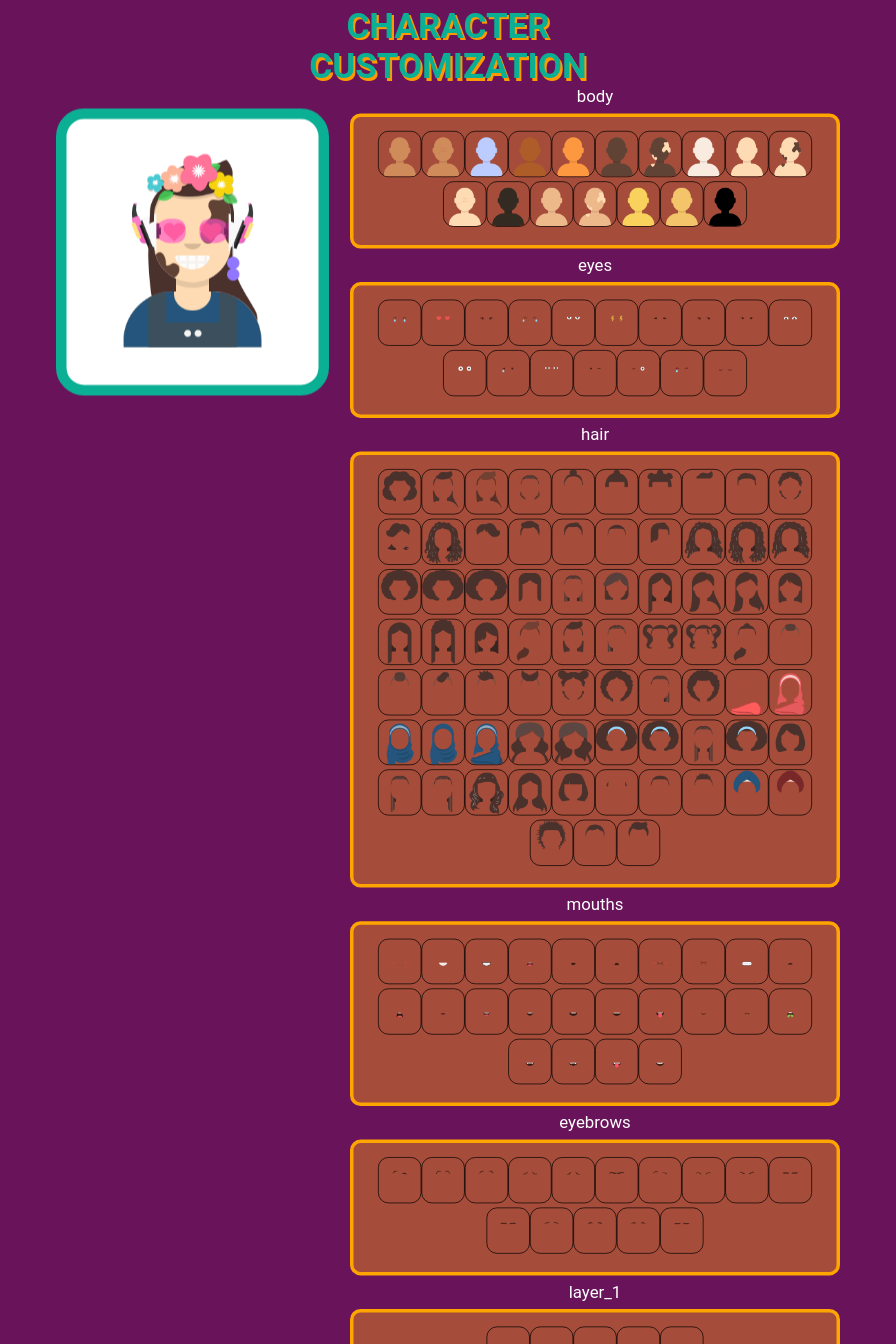
Repository: Kamaric112/react_clothing
Page: /
An editor plug-in stored every save of this project. The page is shown before and after a run of saves, followed by the edit.
The browser window is 1280 px wide. The pictures show the part of the page from y = 0 to 1920 px (the page is 3287 px tall), at 70% of full size.
The project was rebuilt for these pictures with package versions that can differ from the ones it lists, and the page was loaded fresh each time.

Above is the page before, as saved 2022-08-29 20:19:21.

After the next 2 saves:
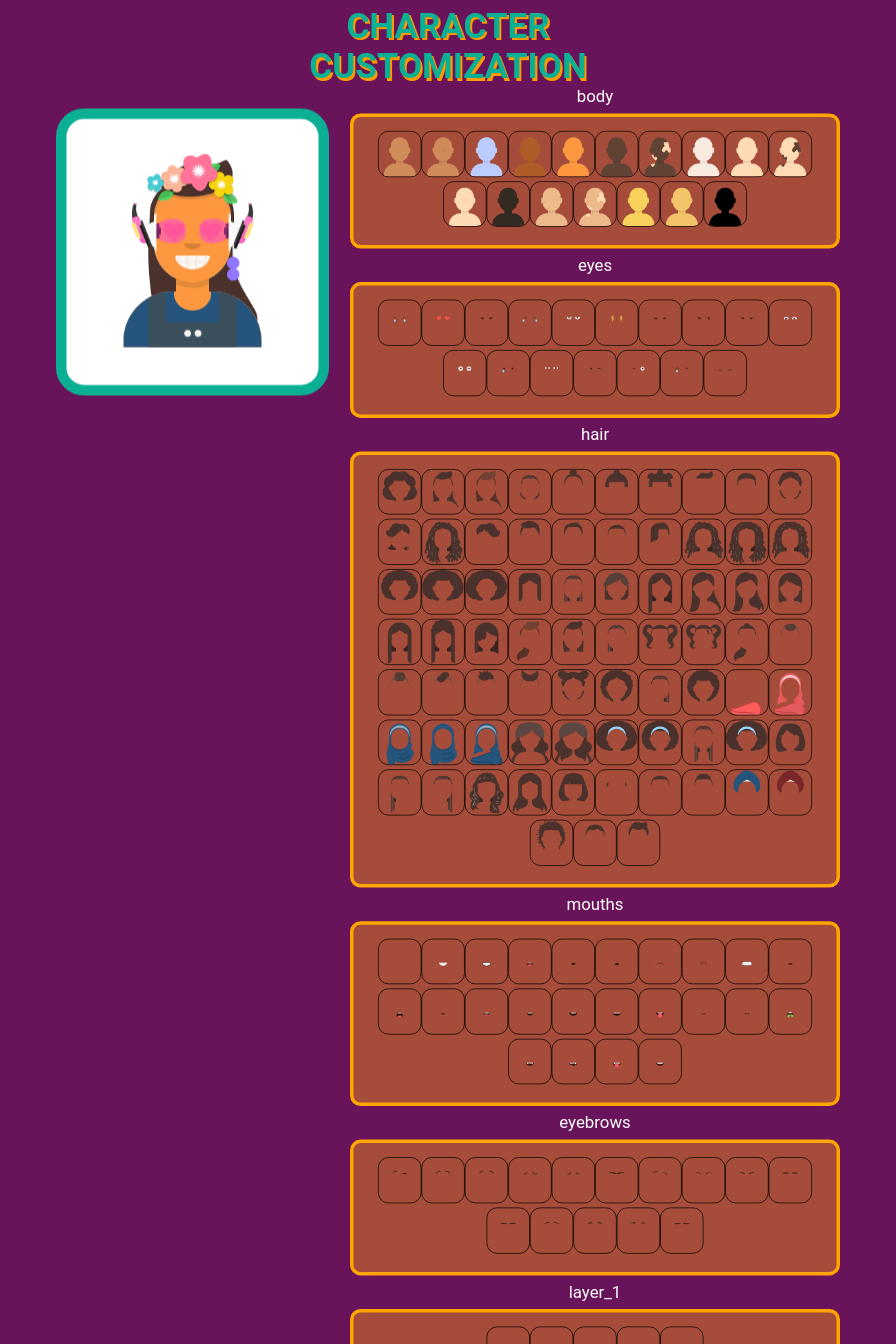
The 2 saves are shown as one change because they came seconds apart.
The last was saved 19 s later.
--- a/src/components/App.js
+++ b/src/components/App.js
@@ -22,7 +22,7 @@ function App() {
 
 
 const [eyes, setEyes] = useState("eyes")
-const [body, setBody] = useState(10)
+const [body, setBody] = useState(5)
 
 const handleClick = (e) => {
   console.log(e.target.src) //change states when clicked corresponding clothing
